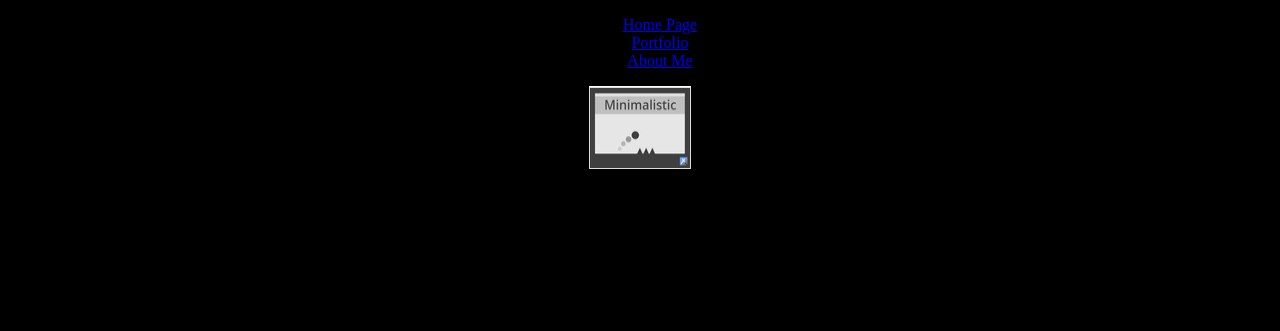
Repository: bluesyrupshed/bluesyrupshed.github.io
Page: portfolio.html
The author's editor kept a record of every edit. The page is drawn from the files as they stood at one moment, then again after the next edit.
The browser window is 1280 px wide. The pictures show the whole page.

Above is the page before.

### portfolio.html
<!DOCTYPE html>
<html>
    <head>
        <title>My Portfolio</title>
        <link rel="stylesheet" href="./styles/portfolio.css">
        <style>

        </style>


        </head>

    <body>
        <ul>
        <center><a href="index.html">Home Page</a></center>
        <center><a href="portfolio.html">Portfolio</a></center>
          <center><a href="about.html">About Me</a></center>
          </ul>
       <a href="https://scratch.mit.edu/projects/326752832/"><img src="minimalistic.PNG" height= 249px width= 306px></a>
    </body>


</html>

### styles/portfolio.css
img {
  display: block;
  margin-left: auto;
  margin-right: auto;
  width: auto;
  height: auto;
}

body {
    background-color: rgb(0,0,0);
    list-style: none;
}

After the next edit:
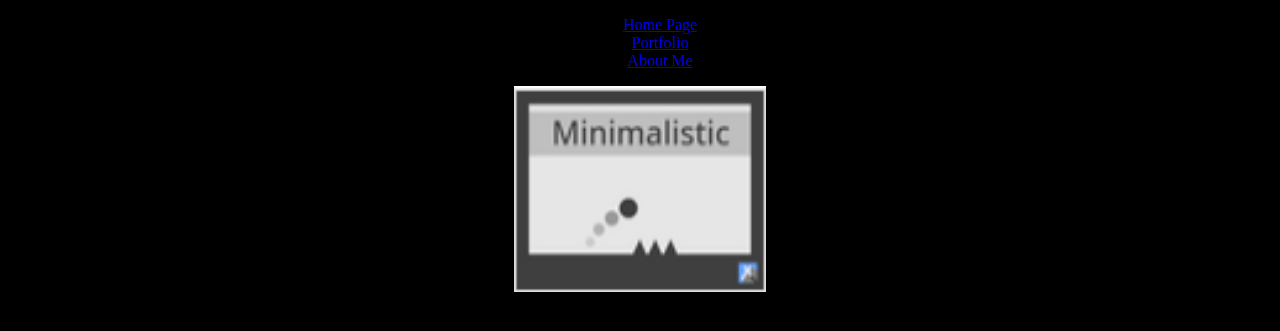
The edit:
--- a/styles/portfolio.css
+++ b/styles/portfolio.css
@@ -2,8 +2,8 @@
   display: block;
   margin-left: auto;
   margin-right: auto;
-  width: auto;
-  height: auto;
+  width: 20%;
+  height: 20%;
 }
 
 body {
